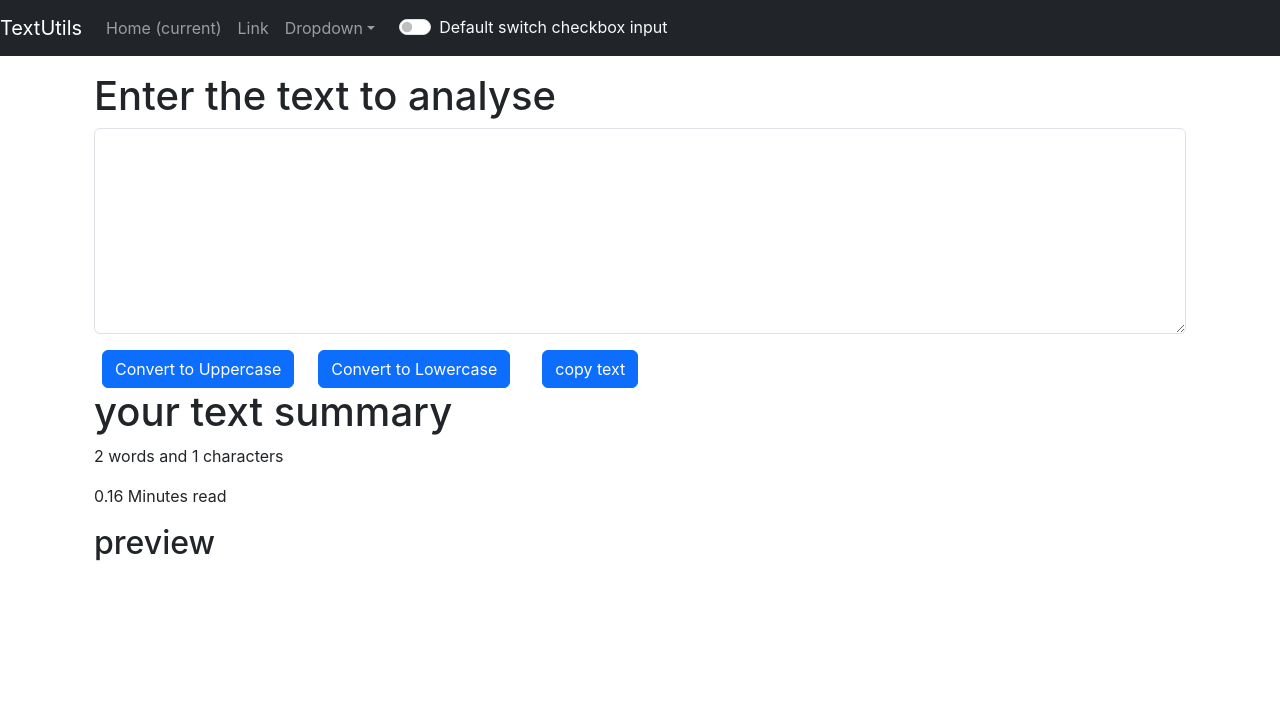
Repository: Aastha1035/React.navbar
Page: /
The author's editor kept a copy of each file at every save. The page is drawn from the files as they stood at one save, then again after the next save.
The browser window is 1280 px wide. The pictures show the whole page.
The project was rebuilt for these pictures with package versions that can differ from the ones it lists, and the page was loaded fresh each time. Also part of the build but not shown: src/App.css.

Above is the page before, as saved 2024-07-17 22:21:59.

### public/index.html
<!DOCTYPE html>
<html lang="en">
  <head>
    <meta charset="utf-8" />
    <link rel="icon" href="%PUBLIC_URL%/favicon.ico" />
    <meta name="viewport" content="width=device-width, initial-scale=1" />
    <meta name="theme-color" content="#000000" />
    <meta
      name="description"
      content="Web site created using create-react-app"
    />
    <link rel="apple-touch-icon" href="%PUBLIC_URL%/logo192.png" />
    <!--
      manifest.json provides metadata used when your web app is installed on a
      user's mobile device or desktop. See https://developers.google.com/web/fundamentals/web-app-manifest/
    -->
    <link rel="manifest" href="%PUBLIC_URL%/manifest.json" />
    <!--
      Notice the use of %PUBLIC_URL% in the tags above.
      It will be replaced with the URL of the `public` folder during the build.
      Only files inside the `public` folder can be referenced from the HTML.

      Unlike "/favicon.ico" or "favicon.ico", "%PUBLIC_URL%/favicon.ico" will
      work correctly both with client-side routing and a non-root public URL.
      Learn how to configure a non-root public URL by running `npm run build`.
    -->
    <link href="https://cdn.jsdelivr.net/npm/bootstrap@5.3.3/dist/css/bootstrap.min.css" rel="stylesheet" integrity="sha384-QWTKZyjpPEjISv5WaRU9OFeRpok6YctnYmDr5pNlyT2bRjXh0JMhjY6hW+ALEwIH" crossorigin="anonymous">
    <title>React App</title>
  </head>
  <body>
    <noscript>You need to enable JavaScript to run this app.</noscript>
    <div id="root"></div>
    <!--
      This HTML file is a template.
      If you open it directly in the browser, you will see an empty page.

      You can add webfonts, meta tags, or analytics to this file.
      The build step will place the bundled scripts into the <body> tag.

      To begin the development, run `npm start` or `yarn start`.
      To create a production bundle, use `npm run build` or `yarn build`.
    -->
    <script src="https://cdn.jsdelivr.net/npm/bootstrap@5.3.3/dist/js/bootstrap.bundle.min.js"
    integrity="sha384-YvpcrYf0tY3lHB60NNkmXc5s9fDVZLESaAA55NDzOxhy9GkcIdslK1eN7N6jIeHz"
    crossorigin="anonymous"></script>
  </body>
</html>

### src/App.js

import './App.css';
//import About from './components/About';
import Navbar from './components/Navbar';
import Textform from './components/Textform';
import React, {useState} from 'react';

function App() {
  const [mode, setMode] = useState('dark');
  return (
    <>
   < Navbar title="TextUtils" mode={mode} />
   <div className="container my-3">
   <Textform heading="Enter the text to analyse"/>
   </div>
  </>
  );
}

export default App;

### src/components/Navbar.js
import React from 'react'

export default function Navbar(props) {
  return (
    <nav className="navbar navbar-expand-lg navbar-dark bg-dark">
  <a className="navbar-brand" href="#">{props.title}</a>
  <button className="navbar-toggler" type="button" data-toggle="collapse" data-target="#navbarSupportedContent" aria-controls="navbarSupportedContent" aria-expanded="false" aria-label="Toggle navigation">
    <span className="navbar-toggler-icon"></span>
  </button>

  <div className="collapse navbar-collapse" id="navbarSupportedContent">
    <ul className="navbar-nav mr-auto">
      <li className="nav-item active">
        <a className="nav-link" href="#">Home <span className="sr-only">(current)</span></a>
      </li>
      <li className="nav-item">
        <a className="nav-link" href="#">Link</a>
      </li>
      <li className="nav-item dropdown">
        <a className="nav-link dropdown-toggle" href="#" id="navbarDropdown" role="button" data-toggle="dropdown" aria-haspopup="true" aria-expanded="false">
          Dropdown
        </a>
        <div className="dropdown-menu" aria-labelledby="navbarDropdown">
          <a className="dropdown-item" href="#">Action</a>
          <a className="dropdown-item" href="#">Another action</a>
          <div className="dropdown-divider"></div>
          <a className="dropdown-item" href="#">Something else here</a>
        </div>
      </li>
      <li className="nav-item">
        <a className="nav-link disabled" href="#">{props.aboutText}</a>
      </li>
    </ul>
    {/*<form className="form-inline my-2 my-lg-0">
      <input className="form-control mr-sm-5" type="search" placeholder="Search" aria-label="Search"/>
      <button className="btn btn-primary my-2 my-sm-0" type="submit">Search</button>
    </form>*/}
    <div class="form-check form-switch text-light">
       <input class="form-check-input" type="checkbox" id="flexSwitchCheckDefault"/>
      <label class="form-check-label" for="flexSwitchCheckDefault">Default switch checkbox input</label>
    </div>
  </div>
</nav>
  )
}

### src/components/Textform.js
import React,{ useState } from "react";



export default function Textform(props) {
    const handleUpclick = ()=>{
        //console.log("uppercase was clicked" + text);
        let newText = text.toUpperCase();
        setText(newText)
    }
    const handleLoclick= ()=>{
        //console.log("handle onchange");
        let newText = text.toLowerCase();
        setText(newText)
    }
    const handleOnchange= (event)=>{
        //console.log("handle onchange");
        setText(event.target.value)
    }
    const handleCopy = () => {
        var text = document.getElementById("myBox");
        text.Selected();
        navigator.clipboard.writeText(text.value);
    }

    const [text, setText] = useState(" ");
  return (
    <>
    <div className="container">
       <h1>{props.heading}</h1>
       <div className="mb-3">
       <textarea className="form-control" value={text} onChange={handleOnchange} id="myBox" rows="8"></textarea>
    </div>
    <button className="btn btn-primary mx-2" onclick={handleUpclick}>Convert to  Uppercase</button>
    <button className="btn btn-primary mx-3" onclick={handleLoclick}>Convert to  Lowercase</button>
    <button className="btn btn-primary mx-3" onclick={handleCopy}>copy text</button>
    </div>
    <div className="container">
        <h1>your text summary</h1>
        <p>{text.split(" ").length} words and {text.length} characters</p>
        <p>{0.08 * text.split(" ").length} Minutes read</p>
        <h2>preview</h2>
        <p>{text}</p>
    </div>

</>


  )
}

Loaded but not shown: src/index.js (common file); src/index.css (common file); src/reportWebVitals.js (common file)

After the next save:
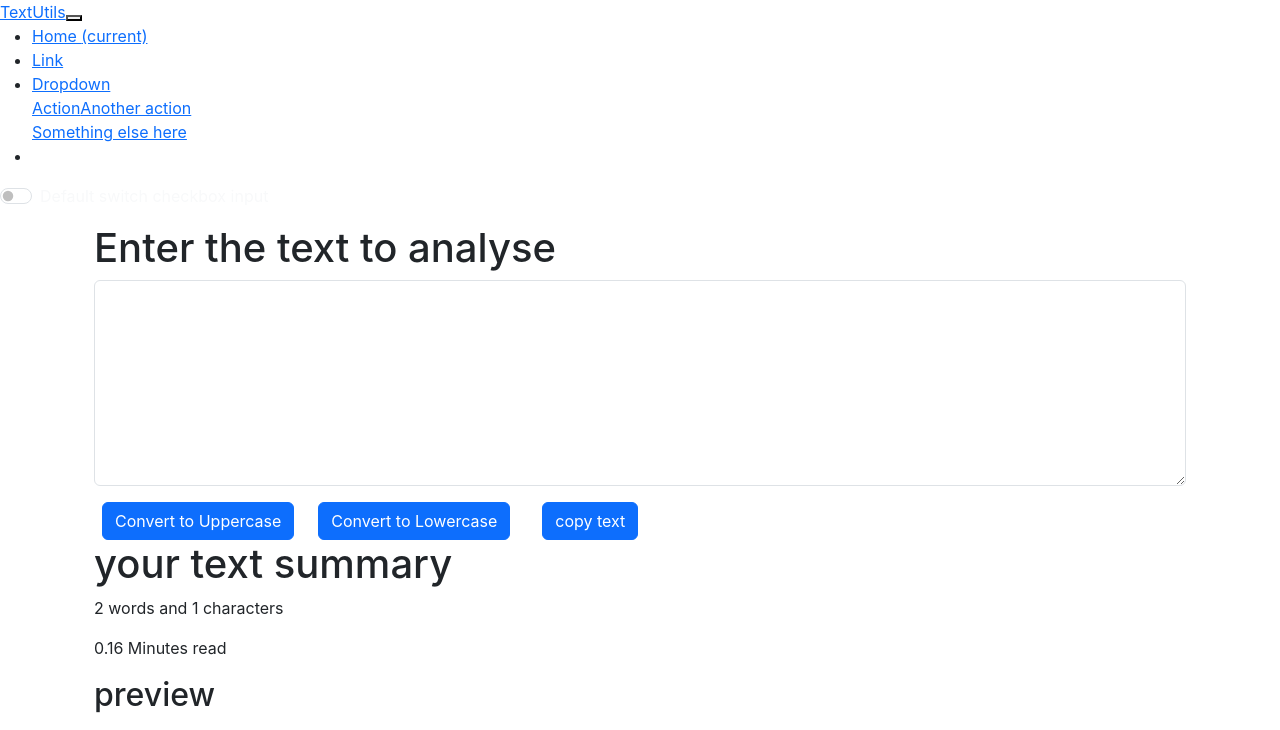
Saved 5 min 17 s later.
--- a/src/components/Navbar.js
+++ b/src/components/Navbar.js
@@ -2,42 +2,42 @@
 
 export default function Navbar(props) {
   return (
-    <nav className="navbar navbar-expand-lg navbar-dark bg-dark">
-  <a className="navbar-brand" href="#">{props.title}</a>
-  <button className="navbar-toggler" type="button" data-toggle="collapse" data-target="#navbarSupportedContent" aria-controls="navbarSupportedContent" aria-expanded="false" aria-label="Toggle navigation">
-    <span className="navbar-toggler-icon"></span>
+    <nav classNameName="navbar navbar-expand-lg navbar-dark bg-dark">
+  <a classNameName="navbar-brand" href="#">{props.title}</a>
+  <button classNameName="navbar-toggler" type="button" data-toggle="collapse" data-target="#navbarSupportedContent" aria-controls="navbarSupportedContent" aria-expanded="false" aria-label="Toggle navigation">
+    <span classNameName="navbar-toggler-icon"></span>
   </button>
 
-  <div className="collapse navbar-collapse" id="navbarSupportedContent">
-    <ul className="navbar-nav mr-auto">
-      <li className="nav-item active">
-        <a className="nav-link" href="#">Home <span className="sr-only">(current)</span></a>
+  <div classNameName="collapse navbar-collapse" id="navbarSupportedContent">
+    <ul classNameName="navbar-nav mr-auto">
+      <li classNameName="nav-item active">
+        <a classNameName="nav-link" href="#">Home <span classNameName="sr-only">(current)</span></a>
       </li>
-      <li className="nav-item">
-        <a className="nav-link" href="#">Link</a>
+      <li classNameName="nav-item">
+        <a classNameName="nav-link" href="#">Link</a>
       </li>
-      <li className="nav-item dropdown">
-        <a className="nav-link dropdown-toggle" href="#" id="navbarDropdown" role="button" data-toggle="dropdown" aria-haspopup="true" aria-expanded="false">
+      <li classNameName="nav-item dropdown">
+        <a classNameName="nav-link dropdown-toggle" href="#" id="navbarDropdown" role="button" data-toggle="dropdown" aria-haspopup="true" aria-expanded="false">
           Dropdown
         </a>
-        <div className="dropdown-menu" aria-labelledby="navbarDropdown">
-          <a className="dropdown-item" href="#">Action</a>
-          <a className="dropdown-item" href="#">Another action</a>
-          <div className="dropdown-divider"></div>
-          <a className="dropdown-item" href="#">Something else here</a>
+        <div classNameName="dropdown-menu" aria-labelledby="navbarDropdown">
+          <a classNameName="dropdown-item" href="#">Action</a>
+          <a classNameName="dropdown-item" href="#">Another action</a>
+          <div classNameName="dropdown-divider"></div>
+          <a classNameName="dropdown-item" href="#">Something else here</a>
         </div>
       </li>
-      <li className="nav-item">
-        <a className="nav-link disabled" href="#">{props.aboutText}</a>
+      <li classNameName="nav-item">
+        <a classNameName="nav-link disabled" href="#">{props.aboutText}</a>
       </li>
     </ul>
-    {/*<form className="form-inline my-2 my-lg-0">
-      <input className="form-control mr-sm-5" type="search" placeholder="Search" aria-label="Search"/>
-      <button className="btn btn-primary my-2 my-sm-0" type="submit">Search</button>
+    {/*<form classNameName="form-inline my-2 my-lg-0">
+      <input classNameName="form-control mr-sm-5" type="search" placeholder="Search" aria-label="Search"/>
+      <button classNameName="btn btn-primary my-2 my-sm-0" type="submit">Search</button>
     </form>*/}
-    <div class="form-check form-switch text-light">
-       <input class="form-check-input" type="checkbox" id="flexSwitchCheckDefault"/>
-      <label class="form-check-label" for="flexSwitchCheckDefault">Default switch checkbox input</label>
+    <div className="form-check form-switch text-light">
+       <input className="form-check-input"  onClick={props.toggleMode} type="checkbox" id="flexSwitchCheckDefault"/>
+      <label className="form-check-label" for="flexSwitchCheckDefault">Default switch checkbox input</label>
     </div>
   </div>
 </nav>

After the 5 saves that followed:
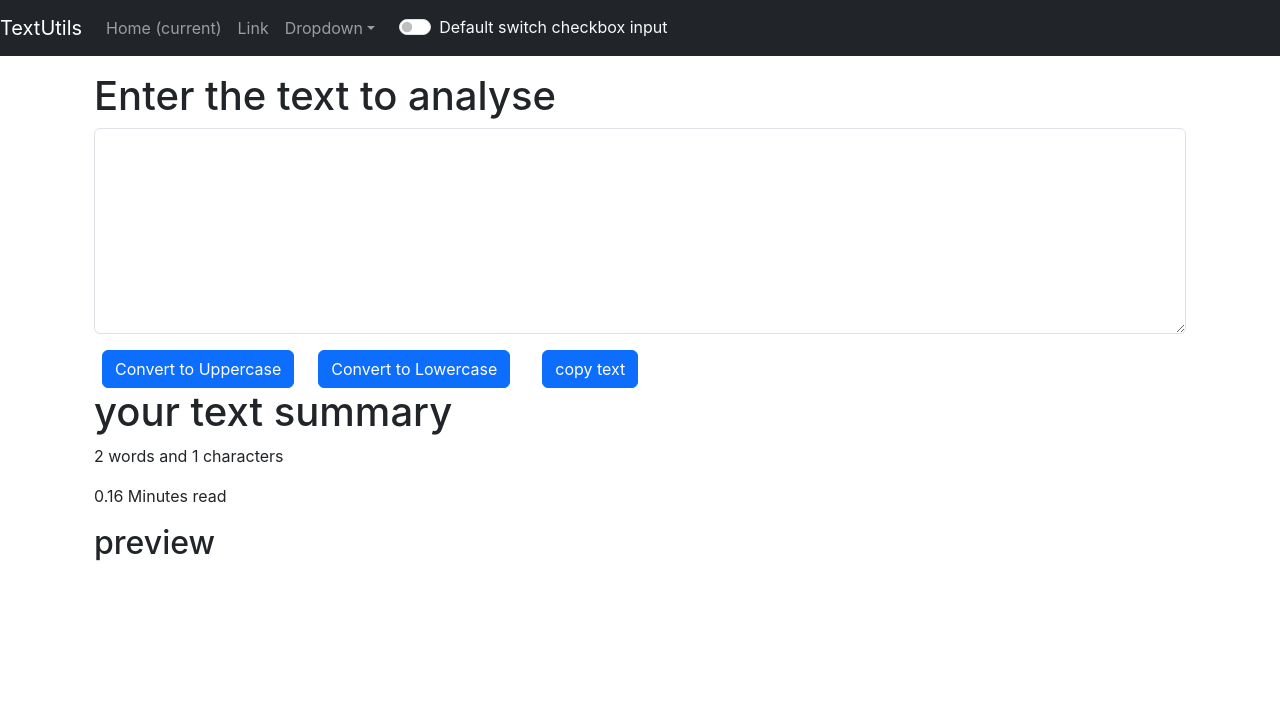
The 5 saves are shown as one change because 4 left the picture as it was.
The last was saved 5 min 47 s later.
--- a/src/App.js
+++ b/src/App.js
@@ -6,10 +6,19 @@ import Textform from './components/Textform';
 import React, {useState} from 'react';
 
 function App() {
-  const [mode, setMode] = useState('dark');
+  const [mode, setMode] = useState('');
+
+  const toggleMode = ()=>{
+    if(mode === 'light'){
+      setMode('dark')
+    }
+    else{
+      setMode('light')
+    }
+  }
   return (
     <>
-   < Navbar title="TextUtils" mode={mode} />
+   < Navbar title="TextUtils" mode={mode} toggleMode={toggleMode}/>
    <div className="container my-3">
    <Textform heading="Enter the text to analyse"/>
    </div>
--- a/src/components/Navbar.js
+++ b/src/components/Navbar.js
@@ -2,33 +2,33 @@
 
 export default function Navbar(props) {
   return (
-    <nav classNameName="navbar navbar-expand-lg navbar-dark bg-dark">
-  <a classNameName="navbar-brand" href="#">{props.title}</a>
-  <button classNameName="navbar-toggler" type="button" data-toggle="collapse" data-target="#navbarSupportedContent" aria-controls="navbarSupportedContent" aria-expanded="false" aria-label="Toggle navigation">
-    <span classNameName="navbar-toggler-icon"></span>
+    <nav className="navbar navbar-expand-lg navbar-dark bg-dark">
+  <a className="navbar-brand" href="#">{props.title}</a>
+  <button className="navbar-toggler" type="button" data-toggle="collapse" data-target="#navbarSupportedContent" aria-controls="navbarSupportedContent" aria-expanded="false" aria-label="Toggle navigation">
+    <span className="navbar-toggler-icon"></span>
   </button>
 
-  <div classNameName="collapse navbar-collapse" id="navbarSupportedContent">
-    <ul classNameName="navbar-nav mr-auto">
-      <li classNameName="nav-item active">
-        <a classNameName="nav-link" href="#">Home <span classNameName="sr-only">(current)</span></a>
+  <div className="collapse navbar-collapse" id="navbarSupportedContent">
+    <ul className="navbar-nav mr-auto">
+      <li className="nav-item active">
+        <a className="nav-link" href="#">Home <span className="sr-only">(current)</span></a>
       </li>
-      <li classNameName="nav-item">
-        <a classNameName="nav-link" href="#">Link</a>
+      <li className="nav-item">
+        <a className="nav-link" href="#">Link</a>
       </li>
-      <li classNameName="nav-item dropdown">
-        <a classNameName="nav-link dropdown-toggle" href="#" id="navbarDropdown" role="button" data-toggle="dropdown" aria-haspopup="true" aria-expanded="false">
+      <li className="nav-item dropdown">
+        <a className="nav-link dropdown-toggle" href="#" id="navbarDropdown" role="button" data-toggle="dropdown" aria-haspopup="true" aria-expanded="false">
           Dropdown
         </a>
-        <div classNameName="dropdown-menu" aria-labelledby="navbarDropdown">
-          <a classNameName="dropdown-item" href="#">Action</a>
-          <a classNameName="dropdown-item" href="#">Another action</a>
-          <div classNameName="dropdown-divider"></div>
-          <a classNameName="dropdown-item" href="#">Something else here</a>
+        <div className="dropdown-menu" aria-labelledby="navbarDropdown">
+          <a className="dropdown-item" href="#">Action</a>
+          <a className="dropdown-item" href="#">Another action</a>
+          <div className="dropdown-divider"></div>
+          <a className="dropdown-item" href="#">Something else here</a>
         </div>
       </li>
-      <li classNameName="nav-item">
-        <a classNameName="nav-link disabled" href="#">{props.aboutText}</a>
+      <li className="nav-item">
+        <a className="nav-link disabled" href="#">{props.aboutText}</a>
       </li>
     </ul>
     {/*<form classNameName="form-inline my-2 my-lg-0">
@@ -37,7 +37,7 @@
     </form>*/}
     <div className="form-check form-switch text-light">
        <input className="form-check-input"  onClick={props.toggleMode} type="checkbox" id="flexSwitchCheckDefault"/>
-      <label className="form-check-label" for="flexSwitchCheckDefault">Default switch checkbox input</label>
+      <label className="form-check-label" htmlFor="flexSwitchCheckDefault">Default switch checkbox input</label>
     </div>
   </div>
 </nav>
--- a/src/components/Textform.js
+++ b/src/components/Textform.js
@@ -1,7 +1,4 @@
 import React,{ useState } from "react";
-
-
-
 export default function Textform(props) {
     const handleUpclick = ()=>{
         //console.log("uppercase was clicked" + text);
